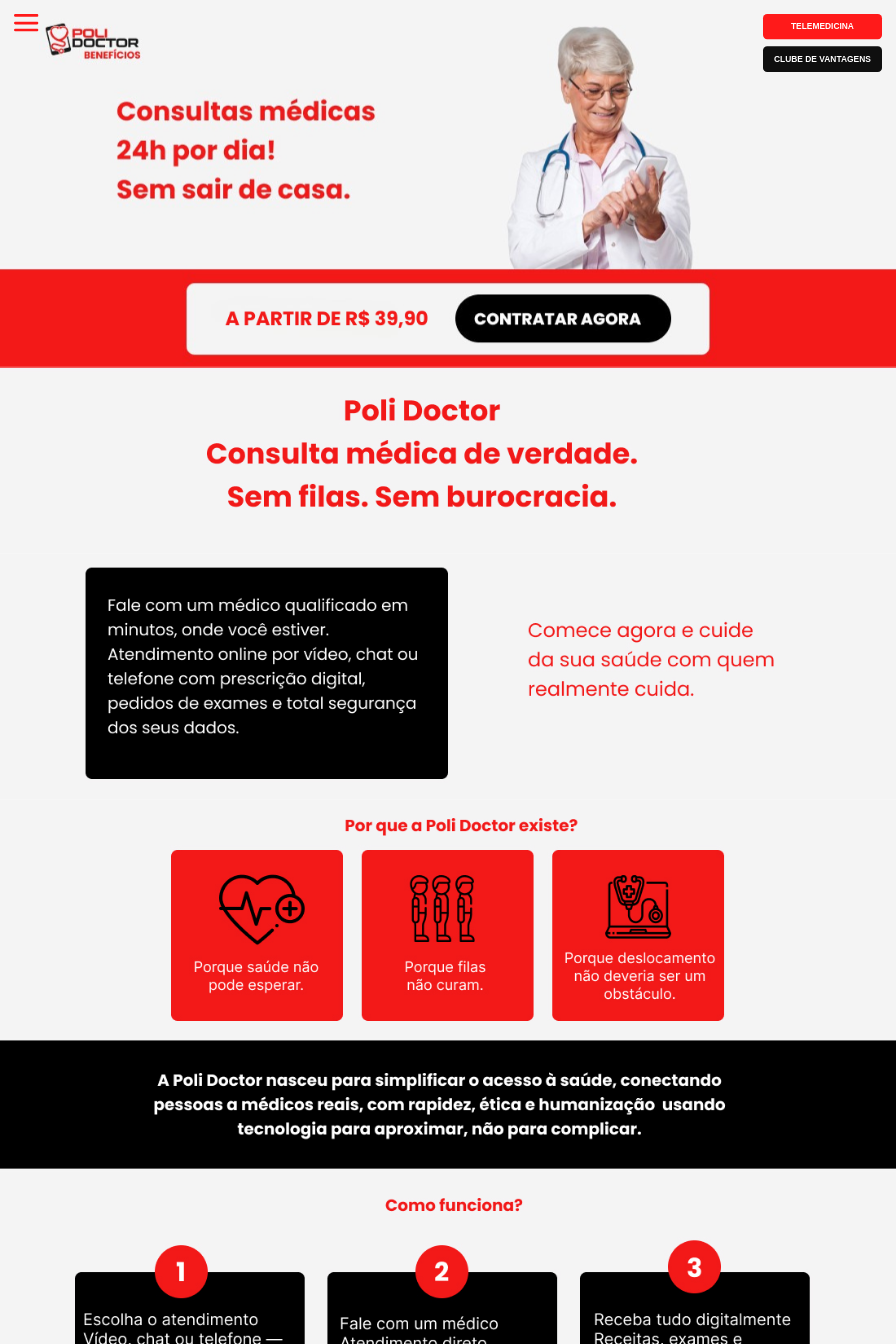
Repository: RenSkywalker/poli-doctor-landing
Page: index.html
An editor plug-in stored every save of this project. The page is shown before and after the next save, followed by the edit.
The browser window is 1280 px wide. The pictures show the part of the page from y = 0 to 1920 px (the page is 6225 px tall), at 70% of full size.

Above is the page before, as saved 2026-02-14 01:01:16.

After the next save:
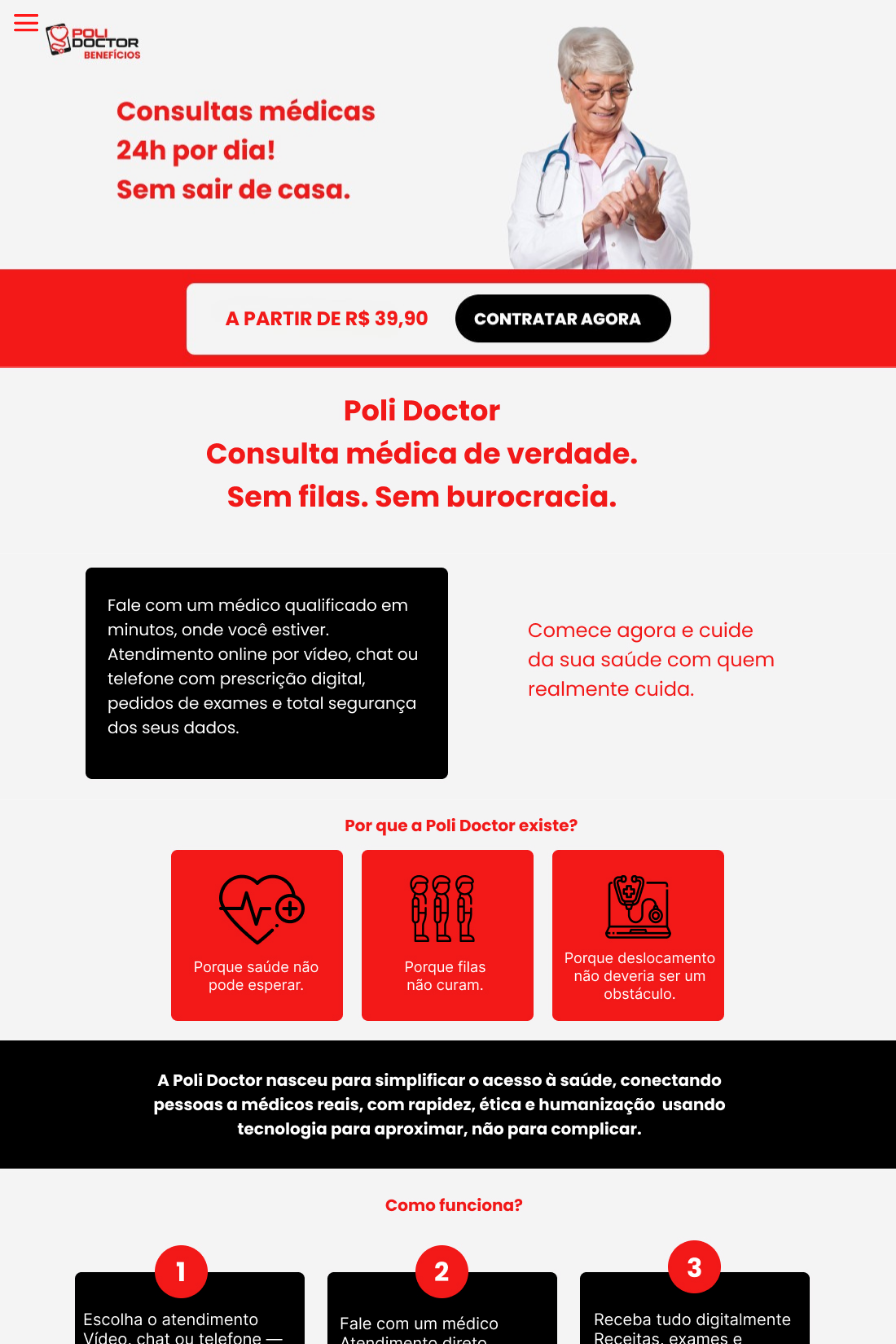
Saved 76 s later.
--- a/index.html
+++ b/index.html
@@ -81,21 +81,6 @@
 <!-- HERO -->
 <header class="hero">
   <div class="container hero-wrapper">
-
-    <!-- BOTÕES NO HERO -->
-    <div class="hero-top-buttons">
-      <a href="https://telemedicina.clubedoktormed.com.br/login"
-         target="_blank"
-         class="hero-btn telemedicina">
-         TELEMEDICINA
-      </a>
-
-      <a href="https://clubedoktormed.com.br/portal/cadastro-clubes?id_clube=410&page=convenios"
-         target="_blank"
-         class="hero-btn clube">
-         CLUBE DE VANTAGENS
-      </a>
-    </div>
 
     <picture>
       <source srcset="assets/images/mobile/hero.png" media="(max-width: 768px)">
